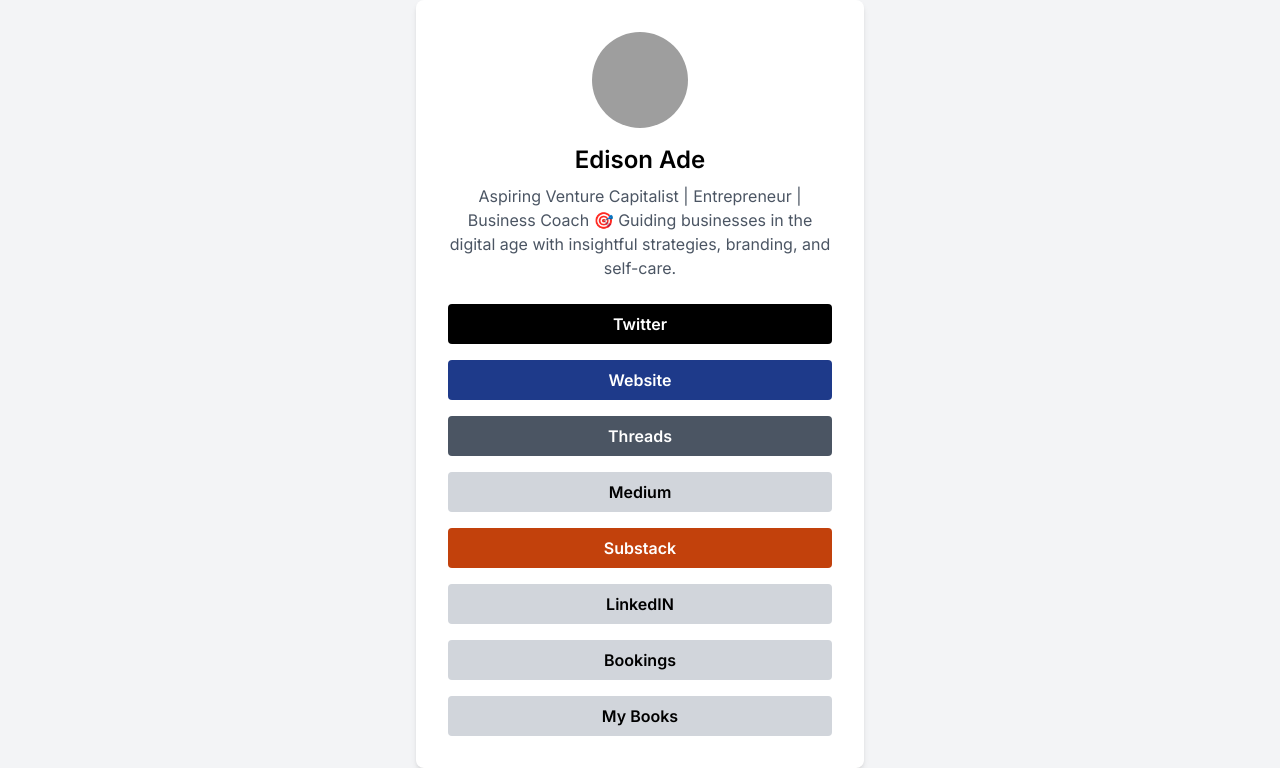
Repository: buzzedison/edisonlink
Page: /
The author's editor kept a copy of each file at every save. The page is drawn from the files as they stood at one save, then again after the next save.
The browser window is 1280 px wide. The pictures show the whole page.
Pictures or frames that could not be fetched are drawn as grey boxes. The project was rebuilt for these pictures with package versions that can differ from the ones it lists, and the page was loaded fresh each time. The framework's server and built-in components were replaced by stand-ins that run in the browser. Also part of the build but not shown: next.config.js.

Above is the page before, as saved 2023-07-08 10:43:01.

### app/page.js
import Image from "next/image"

export default function Home() {
  return (
    <>
     <div className="min-h-screen bg-gray-100 flex items-center justify-center">
        <div className="bg-white p-8 rounded-lg shadow-md w-full max-w-md">
          <div className="flex flex-col items-center mb-6">
            <Image
              className="w-24 h-24 rounded-full object-cover"
              width={200}
              height={200}
              src="/images/edison.jpg"
              alt="Your Name"
            />
            <h1 className="mt-4 text-2xl font-semibold">Edison Ade</h1>
            <p className="text-gray-600 text-center mt-2">
            Aspiring Venture Capitalist | Entrepreneur | Business Coach 🎯 Guiding businesses in the digital age with insightful strategies, branding, and self-care.
            </p>
          </div>

          <ul className="space-y-4">
            {/* Add your links below */}
            <li>
              <a
                href="https://twitter.com/buzzedison"
                target="_blank"
                rel="noopener noreferrer"
                className="block w-full text-center py-2 px-4 rounded bg-black hover:bg-gray-700 text-white font-semibold"
              >
                Twitter
              </a>
            </li>
            <li>
              <a
                href="https://buzzedisoncom"
                target="_blank"
                rel="noopener noreferrer"
                className="block w-full text-center py-2 px-4 rounded bg-blue-900 hover:bg-blue-700 text-white font-semibold"
              >
                Website
              </a>
            </li>

            <li>
              <a
                href="https://www.threads.net/@gbengaedison"
                target="_blank"
                rel="noopener noreferrer"
                className="block w-full text-center py-2 px-4 rounded bg-gray-600 hover:bg-gray-400 text-white font-semibold"
              >
                Threads
              </a>
            </li>

            <li>
              <a
                href="https://buzzedison.medium.com/"
                target="_blank"
                rel="noopener noreferrer"
                className="block w-full text-center py-2 px-4 rounded bg-gray-300 hover:bg-gray-400 text-black font-semibold"
              >
               Medium
              </a>
            </li>

            <li>
              <a
                href="https://yourwebsite.com"
                target="_blank"
                rel="noopener noreferrer"
                className="block w-full text-center py-2 px-4 rounded bg-orange-700 hover:bg-orange-500 text-white font-semibold"
              >
              Substack
              </a>
            </li>

            <li>
              <a
                href="https://yourwebsite.com"
                target="_blank"
                rel="noopener noreferrer"
                className="block w-full text-center py-2 px-4 rounded bg-gray-300 hover:bg-gray-400 text-black font-semibold"
              >
               LinkedIN
              </a>
            </li>

            <li>
              <a
                href="https://yourwebsite.com"
                target="_blank"
                rel="noopener noreferrer"
                className="block w-full text-center py-2 px-4 rounded bg-gray-300 hover:bg-gray-400 text-black font-semibold"
              >
               Bookings
              </a>
            </li>

            <li>
              <a
                href="https://yourwebsite.com"
                target="_blank"
                rel="noopener noreferrer"
                className="block w-full text-center py-2 px-4 rounded bg-gray-300 hover:bg-gray-400 text-black font-semibold"
              >
              My Books
              </a>
            </li>
          </ul>
        </div>
        </div>
    </>
  )
}

Loaded but not shown: app/layout.js (common file); app/globals.css (common file); tailwind.config.js (common file)

After the next save:
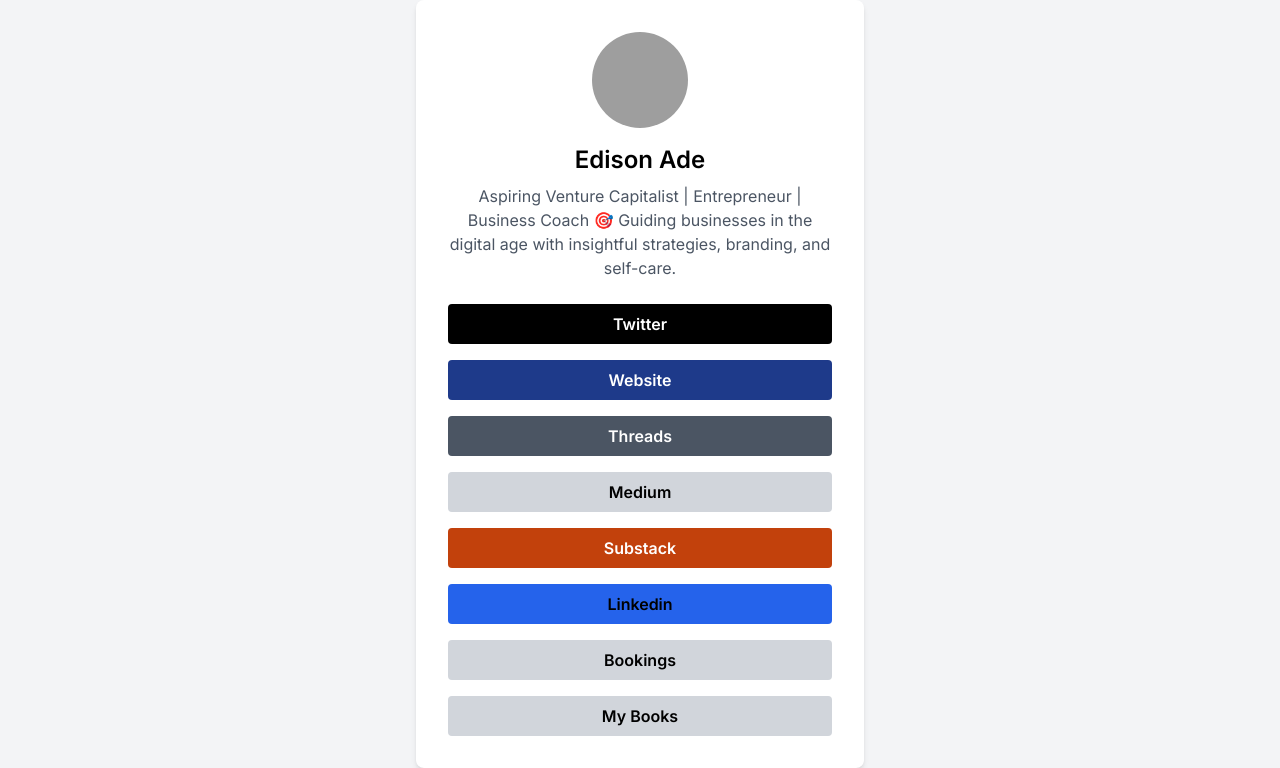
Saved 2 min 11 s later.
--- a/app/page.js
+++ b/app/page.js
@@ -77,12 +77,12 @@
 
             <li>
               <a
-                href="https://yourwebsite.com"
+                href="https://www.linkedin.com/in/buzzedison/"
                 target="_blank"
                 rel="noopener noreferrer"
-                className="block w-full text-center py-2 px-4 rounded bg-gray-300 hover:bg-gray-400 text-black font-semibold"
+                className="block w-full text-center py-2 px-4 rounded bg-blue-600 hover:bg-blue-500 text-black font-semibold"
               >
-               LinkedIN
+               Linkedin
               </a>
             </li>
 
